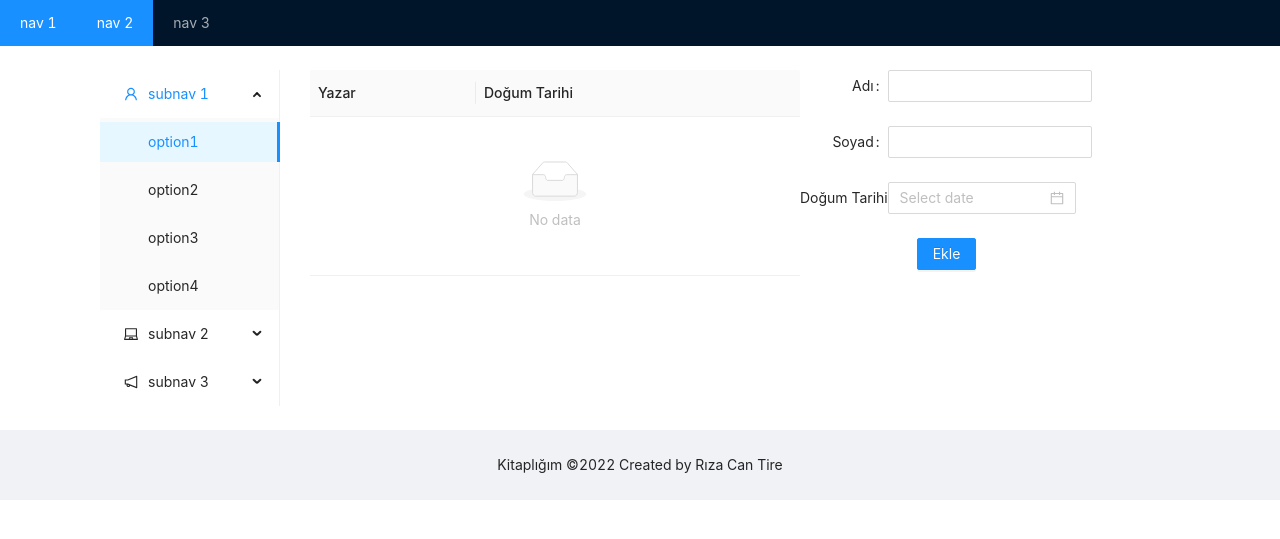
Repository: rizacantire/dotNetCoreWorks
Page: /yazar (app in 1-PersonelLibrary/client/personel-library/)
These files come from the project's save history. The page is drawn as it stood at one moment and after the next save; the edit follows.
The browser window is 1280 px wide. The pictures show the whole page.
The page's requests for data from a server got no answer. The project was rebuilt for these pictures with package versions that can differ from the ones it lists, and the page was loaded fresh each time. No one was signed in, and anything a server would have sent is missing. Also part of the build but not shown: 1-PersonelLibrary/client/personel-library/src/index.css.

Above is the page before, as saved 2022-03-13 20:17:46.

After the next save:
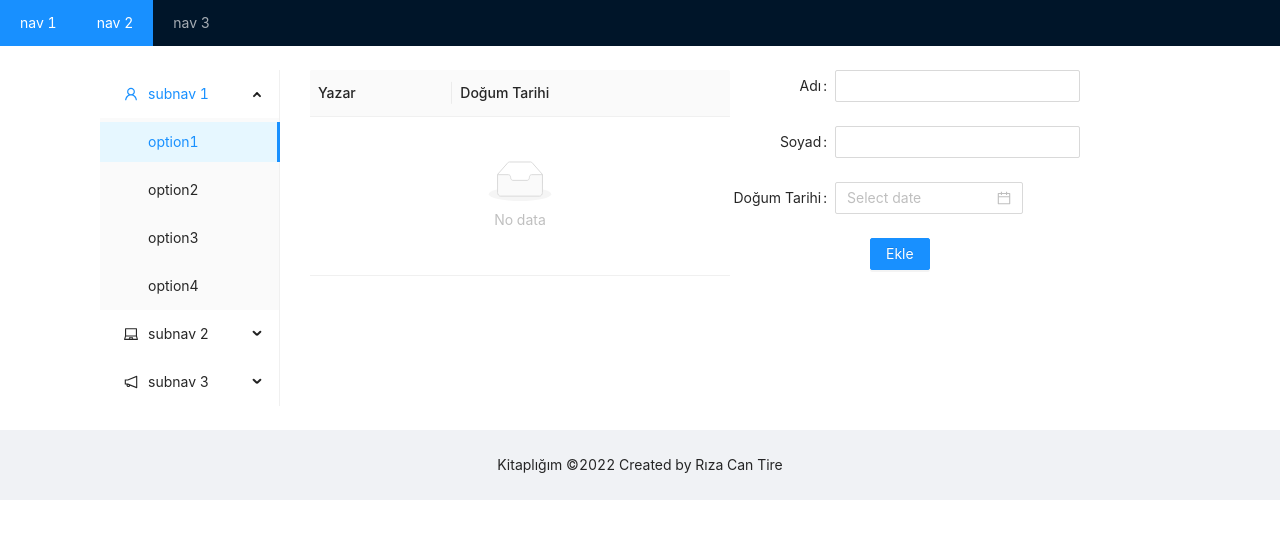
Saved 31 s later.
--- a/1-PersonelLibrary/client/personel-library/src/components/pages/Authors/AuthorList.jsx
+++ b/1-PersonelLibrary/client/personel-library/src/components/pages/Authors/AuthorList.jsx
@@ -39,8 +39,8 @@ export default  function AuthorList() {
   return (
     <div>
       <Row>
-      <Col  sm={24} md={10} lg={12} xl={14}><Table columns={columns} dataSource={getData} size="middle" /></Col>
-      <Col  sm={24} md={14} lg={12} xl={10}><AuthorAdd/></Col>
+      <Col  sm={24} md={10} lg={12} xl={12}><Table columns={columns} dataSource={getData} size="middle" /></Col>
+      <Col  sm={24} md={14} lg={12} xl={12}><AuthorAdd/></Col>
     </Row>
 
 
